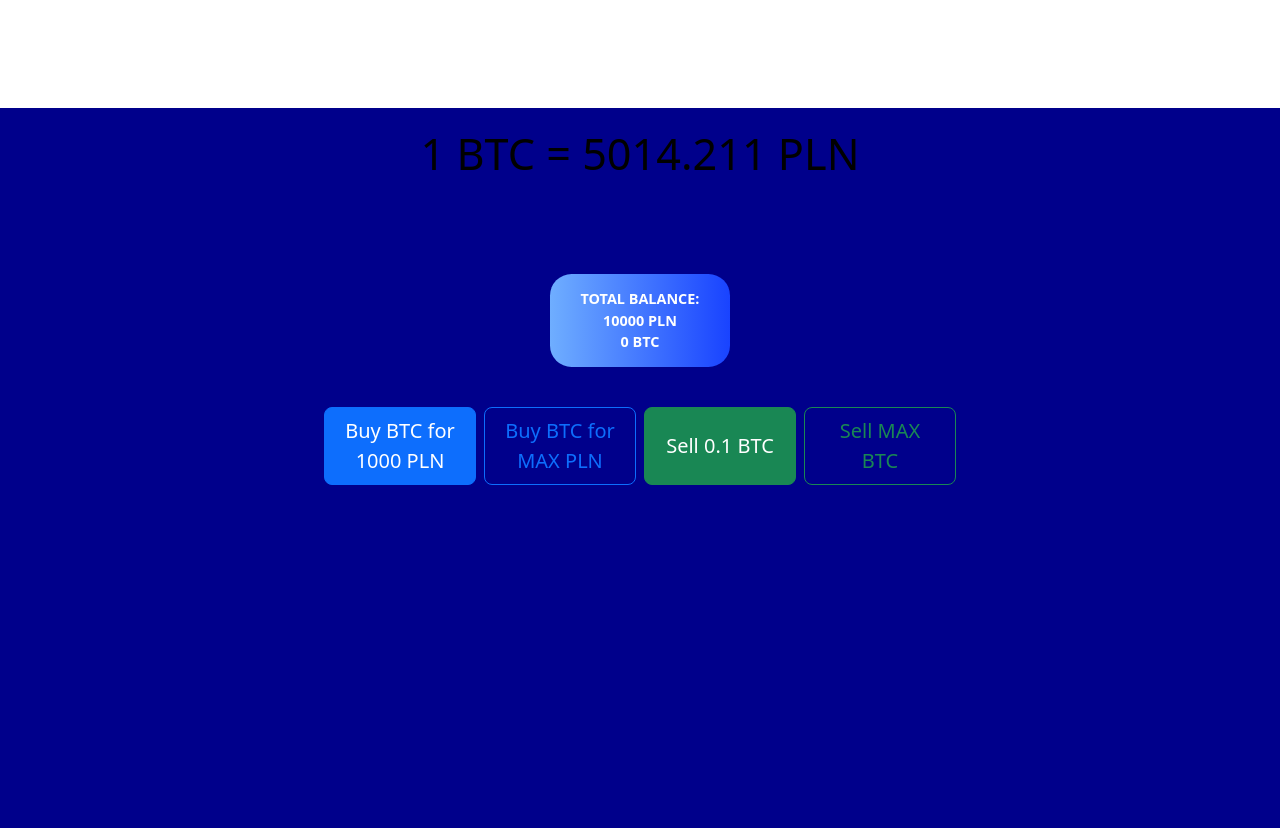
Repository: michalgornicki/bitcoin-virtual
Page: /
The author's editor kept a copy of each file at every save. The page is drawn from the files as they stood at one save, then again after a run of saves.
The browser window is 1280 px wide. The pictures show the whole page.
The project was rebuilt for these pictures with package versions that can differ from the ones it lists, and the page was loaded fresh each time.

Above is the page before, as saved 2021-12-05 22:57:44.

After the next 2 saves:
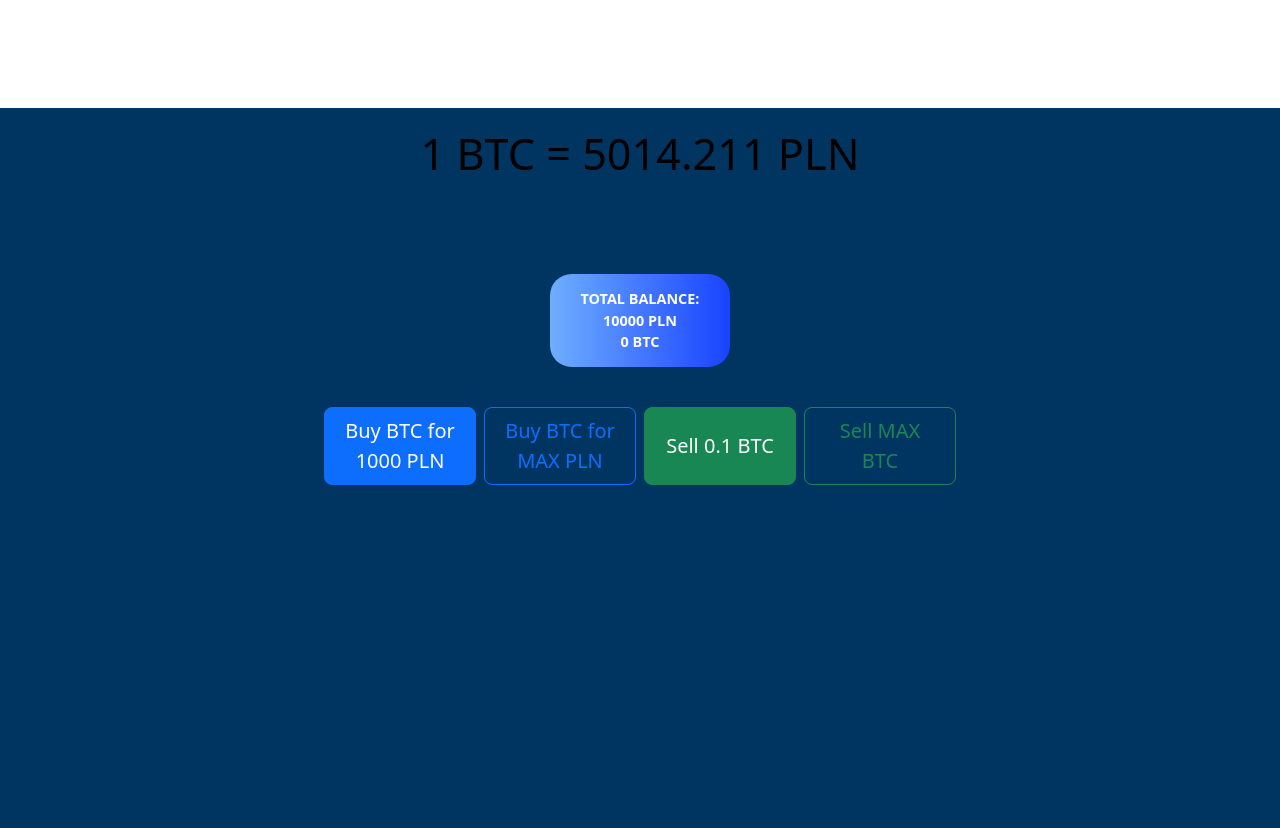
The 2 saves are shown as one change because they came seconds apart.
The last was saved 8 s later.
--- a/src/App.css
+++ b/src/App.css
@@ -8,7 +8,7 @@ body{
     height: 100vh;
     display: block;
     margin: auto;
-    background-color: darkblue;
+    background-color: rgb(0, 53, 97);
 }
 
 .price{
